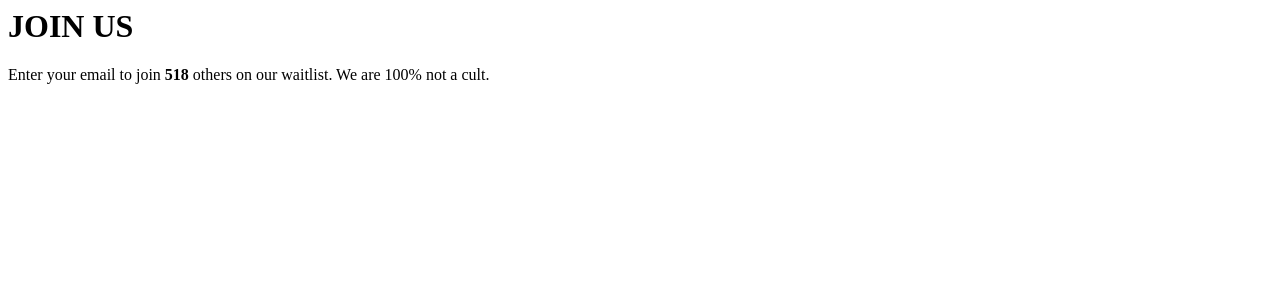
Repository: IrisSIQIAN/Daily-practice
Page: http://localhost/
The author's editor kept a record of every edit. The page is drawn from the files as they stood at one moment, then again after the next edit.
The browser window is 1280 px wide. The pictures show the whole page.
The page is served by the project's Node server (WebApp/app.js). The database holds what the project's SQL file puts in it.

Above is the page before.

### WebApp/views/home.ejs
<h1>JOIN US</h1>
<P class = "lead">Enter your email to join <strong>518</strong>
others on our waitlist. We are 100% not a cult. </p>

<form method="POST" action = '/register'>

</form>

### WebApp/app.js
var express = require('express');
var mysql = require('mysql');
var faker = require('faker');
var bodyParser = require("body-parser");
var app = express();

app.set("view engine", "ejs");
// extract info from post request
app.use(bodyParser.urlencoded({extended: true}));

var connection = mysql.createConnection({
    host : 'localhost',
    user : 'iris23',
    database : 'join_us'
});



app.get("/", function(req, res){
    // find the total number of users in db
    var q = "SELECT COUNT(*) AS count FROM users";
    connection.query(q, function(err,results){
        if(err) throw err;
        var count = results[0].count;
        // response with that number
        //res.send("We have " + count + " users in our database");
        //view/home.ejs
        res.render("home", {data: count});

    });
});

app.post("/register", function(req, res){
    var email = req.body.email;
    var person = {
        email: faker.internet.email(),
        created_at: faker.date.past()
    };
    var end_result = connection.query('INSERT INTO user SET ?', person, function(err, results){
        if (err) throw err;
        console.log(results);
    })
})

// app.get("/joke", function(req, res){
//     var joke = "What do you call a dog that does a magic tricks? A labracadabrador.";
//     console.log("Requested the Joke Route");
//     res.send(joke);
// });

app.get("/random_num", function(req, res){
    var num = Math.floor(Math.random() * 10) + 1;
    res.send("Your lucky number is " + num);
});

app.listen(8080, function(){
    console.log("Server running on 8080");
});


// INSERTING LOTS OF FAKE DATA INTO DATABASE--------
/*
var data = [];
for(var i = 0; i < 500 ; i++ ){
data.push([
    faker.internet.email(),
    faker.date.past()
]);
}
// Dynamic inserting

var q = "INSERT INTO users (email, created_at) VALUES ?";

connection.query(q, [data], function(err,results){
    if(err) throw err;
    console.log(results);
});

connection.end();
*/

### schema.sql (the tables this page reads)
CREATE TABLE users (
    email VARCHAR(255) PRIMARY KEY,
    created_at TIMESTAMP DEFAULT NOW()
);

INSERT INTO users (email) VALUES
('katie34@yahoo.com'),('Tunde34@yahoo.com');

After the next edit:
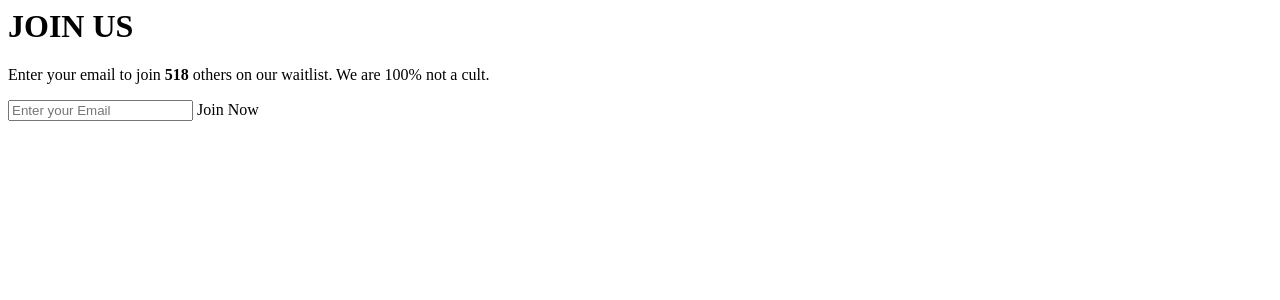
The edit:
--- a/WebApp/views/home.ejs
+++ b/WebApp/views/home.ejs
@@ -3,5 +3,6 @@
 others on our waitlist. We are 100% not a cult. </p>
 
 <form method="POST" action = '/register'>
-
+    <input type = "text" class = "form" placeholder ="Enter your Email"
+    <button> Join Now</button>
 </form>
